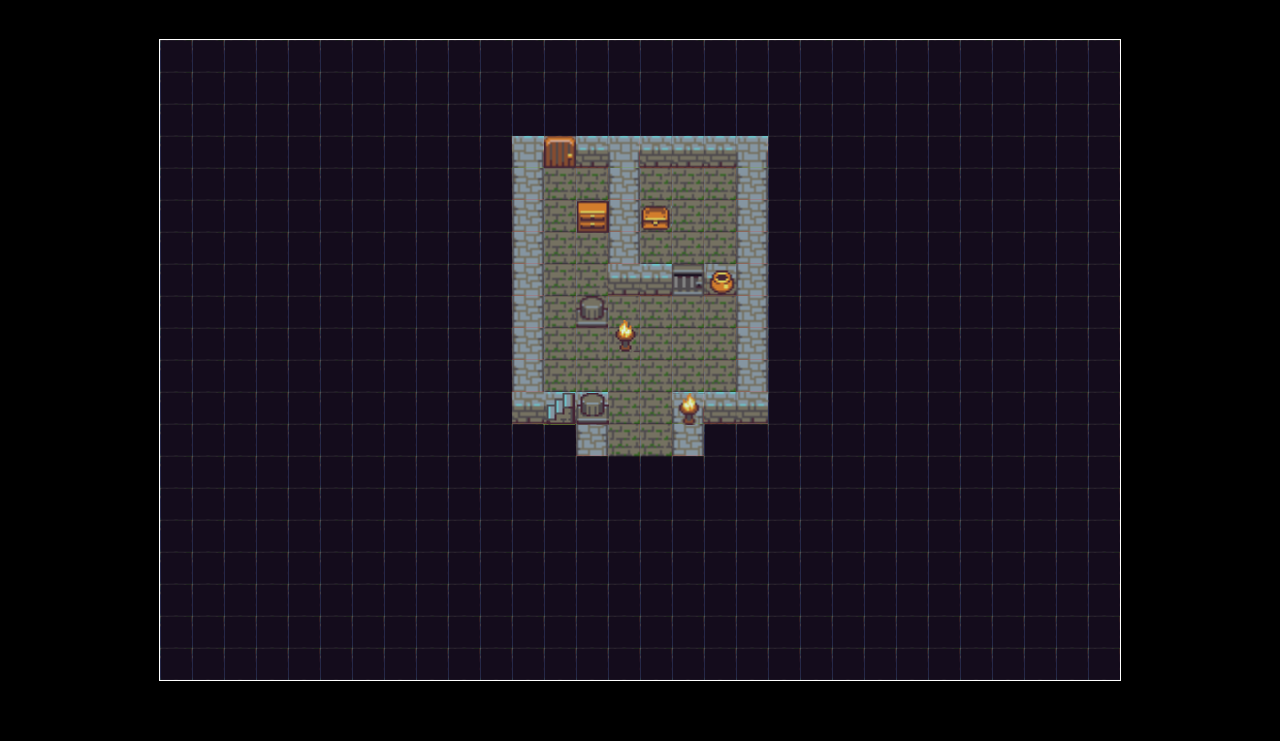
Repository: Arifindepayjr1/RPG_GAMES
Page: / (app in pixel2d_game/)
The author's editor kept a copy of each file at every save. The page is drawn from the files as they stood at one save, then again after the next save.
The browser window is 1280 px wide. The pictures show the whole page.
The project was rebuilt for these pictures with package versions that can differ from the ones it lists, and the page was loaded fresh each time. Also part of the build but not shown: pixel2d_game/vite.config.js.

Above is the page before, as saved 2025-03-19 00:27:06.

### pixel2d_game/src/App.jsx
import React from 'react';
import Tilemap3 from '../src/component/tilemap3';
import './App.css'; // Optional: for styling

function App() {
  return (
    <div className="App">
      <h1>Tilemap3 Test</h1>
      <Tilemap3 />
    </div>
  );
}

export default App;

### pixel2d_game/src/component/tilemap3.jsx
import React, { useEffect, useRef, useMemo } from 'react';
import tilemapImage from "./asset/assets/tilemap1asset.png"; // Ensure this matches your asset path

const Tilemap3 = () => {
  const canvasRef = useRef(null);
  const TILE_SIZE = 32; // Output size on canvas (scaled up from 16x16 tiles)

  const rawMap = [
    23, 23, 23, 23, 23, 23, 23, 23, 23, 23, 23, 23, 23, 23, 23, 23, 23, 23, 23, 23, 23, 23, 23, 23, 23, 23, 23, 23, 23, 23,
    23, 23, 23, 23, 23, 23, 23, 23, 23, 23, 23, 23, 23, 23, 23, 23, 23, 23, 23, 23, 23, 23, 23, 23, 23, 23, 23, 23, 23, 23,
    23, 23, 23, 23, 23, 23, 23, 23, 23, 23, 23, 23, 23, 23, 23, 23, 23, 23, 23, 23, 23, 23, 23, 23, 23, 23, 23, 23, 23, 23,
    23, 23, 23, 23, 23, 23, 23, 23, 23, 23, 23, 4, 49, 1, 4, 1, 1, 1, 4, 23, 23, 23, 23, 23, 23, 23, 23, 23, 23, 23,
    23, 23, 23, 23, 23, 23, 23, 23, 23, 23, 23, 2, 15, 15, 2, 15, 15, 15, 2, 23, 23, 23, 23, 23, 23, 23, 23, 23, 23, 23,
    23, 23, 23, 23, 23, 23, 23, 23, 23, 23, 23, 2, 15, 15, 2, 15, 15, 15, 2, 23, 23, 23, 23, 23, 23, 23, 23, 23, 23, 23,
    23, 23, 23, 23, 23, 23, 23, 23, 23, 23, 23, 2, 15, 15, 2, 15, 15, 15, 2, 23, 23, 23, 23, 23, 23, 23, 23, 23, 23, 23,
    23, 23, 23, 23, 23, 23, 23, 23, 23, 23, 23, 2, 15, 15, 3, 1, 50, 3, 2, 23, 23, 23, 23, 23, 23, 23, 23, 23, 23, 23,
    23, 23, 23, 23, 23, 23, 23, 23, 23, 23, 23, 2, 15, 15, 15, 15, 15, 15, 2, 23, 23, 23, 23, 23, 23, 23, 23, 23, 23, 23,
    23, 23, 23, 23, 23, 23, 23, 23, 23, 23, 23, 2, 15, 15, 15, 15, 15, 15, 2, 23, 23, 23, 23, 23, 23, 23, 23, 23, 23, 23,
    23, 23, 23, 23, 23, 23, 23, 23, 23, 23, 23, 2, 15, 15, 15, 15, 15, 15, 2, 23, 23, 23, 23, 23, 23, 23, 23, 23, 23, 23,
    23, 23, 23, 23, 23, 23, 23, 23, 23, 23, 23, 3, 1, 4, 15, 15, 4, 1, 3, 23, 23, 23, 23, 23, 23, 23, 23, 23, 23, 23,
    23, 23, 23, 23, 23, 23, 23, 23, 23, 23, 23, 23, 23, 2, 15, 15, 2, 23, 23, 23, 23, 23, 23, 23, 23, 23, 23, 23, 23, 23,
    23, 23, 23, 23, 23, 23, 23, 23, 23, 23, 23, 23, 23, 23, 23, 23, 23, 23, 23, 23, 23, 23, 23, 23, 23, 23, 23, 23, 23, 23,
    23, 23, 23, 23, 23, 23, 23, 23, 23, 23, 23, 23, 23, 23, 23, 23, 23, 23, 23, 23, 23, 23, 23, 23, 23, 23, 23, 23, 23, 23,
    23, 23, 23, 23, 23, 23, 23, 23, 23, 23, 23, 23, 23, 23, 23, 23, 23, 23, 23, 23, 23, 23, 23, 23, 23, 23, 23, 23, 23, 23,
    23, 23, 23, 23, 23, 23, 23, 23, 23, 23, 23, 23, 23, 23, 23, 23, 23, 23, 23, 23, 23, 23, 23, 23, 23, 23, 23, 23, 23, 23,
    23, 23, 23, 23, 23, 23, 23, 23, 23, 23, 23, 23, 23, 23, 23, 23, 23, 23, 23, 23, 23, 23, 23, 23, 23, 23, 23, 23, 23, 23,
    23, 23, 23, 23, 23, 23, 23, 23, 23, 23, 23, 23, 23, 23, 23, 23, 23, 23, 23, 23, 23, 23, 23, 23, 23, 23, 23, 23, 23, 23,
    23, 23, 23, 23, 23, 23, 23, 23, 23, 23, 23, 23, 23, 23, 23, 23, 23, 23, 23, 23, 23, 23, 23, 23, 23, 23, 23, 23, 23, 23
  ];

  const baseLayer = Array(20).fill().map(() => Array(30));
  for (let row = 0; row < 20; row++) {
    for (let col = 0; col < 30; col++) {
      baseLayer[row][col] = rawMap[row * 30 + col];
    }
  }

  // Memoize objects
  const objects = useMemo(() => [
    {"gid": 37, "height": 16, "id": 2, "name": "", "rotation": 0, "type": "", "visible": true, "width": 16, "x": 239.75, "y": 81},
    {"gid": 57, "height": 16, "id": 3, "name": "", "rotation": 0, "type": "", "visible": true, "width": 16, "x": 208.25, "y": 80.5},
    {"gid": 40, "height": 16, "id": 7, "name": "", "rotation": 0, "type": "", "visible": true, "width": 16, "x": 208, "y": 128},
    {"gid": 61, "height": 16, "id": 8, "name": "", "rotation": 0, "type": "", "visible": true, "width": 16, "x": 224.75, "y": 139.75},
    {"gid": 58, "height": 16, "id": 10, "name": "", "rotation": 0, "type": "", "visible": true, "width": 16, "x": 191.25, "y": 176.25},
    {"gid": 40, "height": 16, "id": 11, "name": "", "rotation": 0, "type": "", "visible": true, "width": 16, "x": 208.25, "y": 176.25},
    {"gid": 62, "height": 16, "id": 12, "name": "", "rotation": 0, "type": "", "visible": true, "width": 16, "x": 256.5, "y": 176.5},
    {"gid": 28, "height": 16, "id": 14, "name": "", "rotation": 0, "type": "", "visible": true, "width": 16, "x": 273, "y": 113.25}
  ], []); // Empty dependency array since it’s static

  useEffect(() => {
    const canvas = canvasRef.current;
    const ctx = canvas.getContext('2d');
    const tileset = new Image();
    tileset.src = tilemapImage;

    const tilePositions = {
      12: { x: 48, y: 16 }, 11: { x: 32, y: 16 }, 18: { x: 16, y: 32 }, 22: { x: 80, y: 32 },
      0: { x: 0, y: 16 }, 5: { x: 64, y: 0 }, 8: { x: 112, y: 0 }, 6: { x: 80, y: 0 },
      1: { x: 0, y: 0 }, 2: { x: 16, y: 0 }, 89: { x: 0, y: 176 }, 13: { x: 64, y: 16 },
      77: { x: 64, y: 144 }, 31: { x: 96, y: 48 }, 59: { x: 32, y: 112 }, 60: { x: 48, y: 112 },
      21: { x: 64, y: 32 }, 28: { x: 48, y: 48 }, 57: { x: 112, y: 96 }, 56: { x: 96, y: 96 },
      45: { x: 80, y: 80 }, 54: { x: 80, y: 96 }, 48: { x: 112, y: 80 }, 38: { x: 80, y: 64 },
      36: { x: 64, y: 64 }, 16: { x: 112, y: 16 }, 51: { x: 32, y: 96 }, 19: { x: 32, y: 32 },
      49: { x: 0, y: 96 }, 41: { x: 0, y: 80 }, 42: { x: 16, y: 80 }, 43: { x: 32, y: 80 },
      33: { x: 0, y: 64 }, 25: { x: 0, y: 48 }, 26: { x: 16, y: 48 }, 27: { x: 32, y: 48 },
      35: { x: 32, y: 64 }, 15: { x: 96, y: 16 }, 23: { x: 96, y: 32 }, 24: { x: 64, y: 32 },
      3: { x: 32, y: 0 }, 4: { x: 48, y: 0 }, 50: { x: 16, y: 96 }, 37: { x: 64, y: 64 },
      40: { x: 112, y: 64 }, 58: { x: 0, y: 112 }, 61: { x: 64, y: 112 }, 62: { x: 80, y: 112 }
    };

    const drawMap = () => {
      if (!tileset.complete || tileset.naturalWidth === 0) {
        console.log('Tileset not loaded yet, retrying...');
        setTimeout(drawMap, 100);
        return;
      }

      // Step 1: Draw the base layer
      for (let row = 0; row < 20; row++) {
        for (let col = 0; col < 30; col++) {
          const tileId = baseLayer[row][col];
          const tilePos = tilePositions[tileId] || tilePositions[15]; // Default to grass
          ctx.drawImage(
            tileset,
            tilePos.x, tilePos.y, // Source x, y (16x16 tiles)
            16, 16,               // Source width, height
            col * TILE_SIZE, row * TILE_SIZE, // Destination x, y
            TILE_SIZE, TILE_SIZE  // Destination width, height (scaled to 32x32)
          );
        }
      }

      // Step 2: Draw the object layer
      objects.forEach(obj => {
        if (obj.visible) {
          const tilePos = tilePositions[obj.gid];
          if (tilePos) {
            // Scale object coordinates from 16x16 grid to 32x32 grid
            const x = (obj.x / 16) * TILE_SIZE; // Convert pixel coords to scaled coords
            const y = (obj.y / 16) * TILE_SIZE;
            ctx.drawImage(
              tileset,
              tilePos.x, tilePos.y, // Source x, y
              16, 16,               // Source width, height
              x, y,                 // Destination x, y (scaled)
              TILE_SIZE, TILE_SIZE  // Destination width, height (scaled to 32x32)
            );
          }
        }
      });
    };

    tileset.onload = drawMap;
    tileset.onerror = () => console.error('Failed to load tileset image');

    return () => {};
  }, [baseLayer, objects]);

  return (
    <div>
      <canvas
        ref={canvasRef}
        width={960}  // 30 tiles * 32px
        height={640} // 20 tiles * 32px
        style={{
          position: "absolute",
          top: "50%",
          left: "50%",
          transform: "translate(-50%, -50%)",
          border: "1px solid white",
          background: "gray", // Fallback background
        }}
      />
    </div>
  );
};

export default Tilemap3;

### pixel2d_game/src/App.css
body {
  margin: 0;
  padding: 0;
  background: black;
  height: 100vh;
  overflow: hidden;
}

Loaded but not shown: pixel2d_game/index.html (common file); pixel2d_game/src/main.jsx (common file); pixel2d_game/src/index.css (no stored copy; drawn as an empty file)

After the next save:
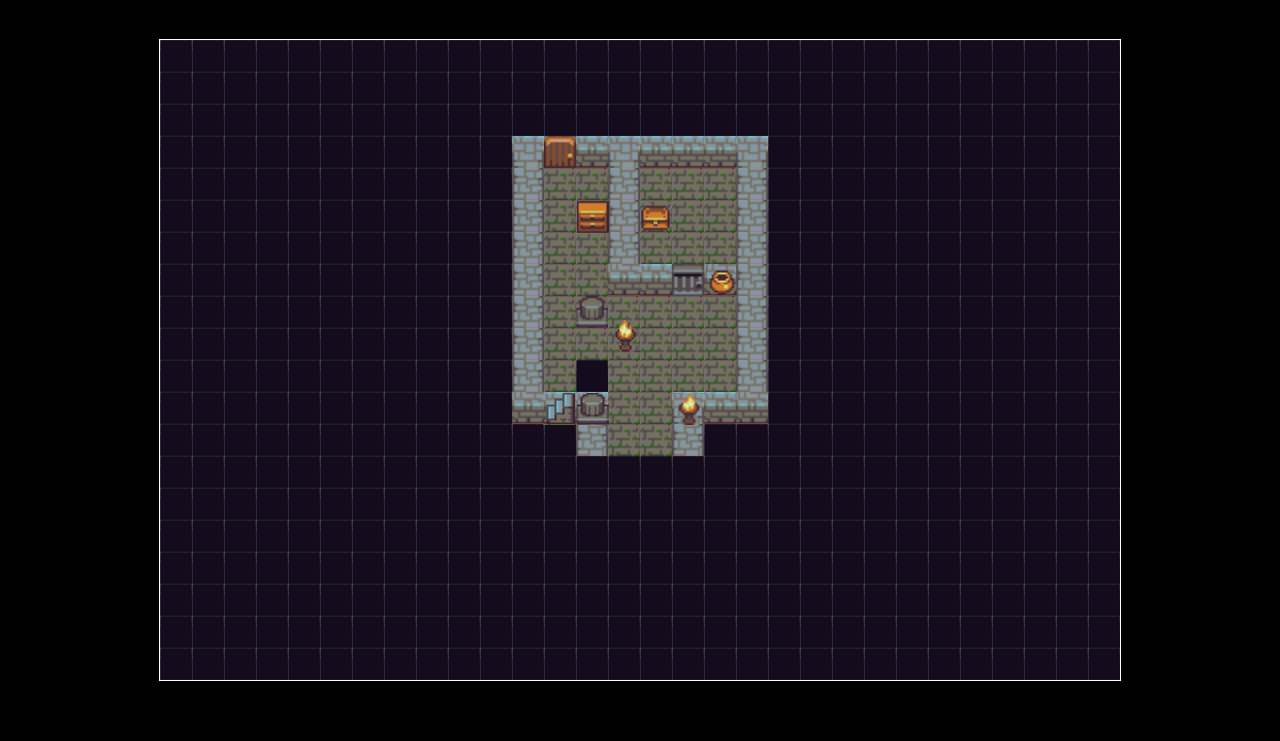
Saved 85 s later.
--- a/pixel2d_game/src/component/tilemap3.jsx
+++ b/pixel2d_game/src/component/tilemap3.jsx
@@ -16,7 +16,7 @@
     23, 23, 23, 23, 23, 23, 23, 23, 23, 23, 23, 2, 15, 15, 3, 1, 50, 3, 2, 23, 23, 23, 23, 23, 23, 23, 23, 23, 23, 23,
     23, 23, 23, 23, 23, 23, 23, 23, 23, 23, 23, 2, 15, 15, 15, 15, 15, 15, 2, 23, 23, 23, 23, 23, 23, 23, 23, 23, 23, 23,
     23, 23, 23, 23, 23, 23, 23, 23, 23, 23, 23, 2, 15, 15, 15, 15, 15, 15, 2, 23, 23, 23, 23, 23, 23, 23, 23, 23, 23, 23,
-    23, 23, 23, 23, 23, 23, 23, 23, 23, 23, 23, 2, 15, 15, 15, 15, 15, 15, 2, 23, 23, 23, 23, 23, 23, 23, 23, 23, 23, 23,
+    23, 23, 23, 23, 23, 23, 23, 23, 23, 23, 23, 2, 15, 23, 15, 15, 15, 15, 2, 23, 23, 23, 23, 23, 23, 23, 23, 23, 23, 23,
     23, 23, 23, 23, 23, 23, 23, 23, 23, 23, 23, 3, 1, 4, 15, 15, 4, 1, 3, 23, 23, 23, 23, 23, 23, 23, 23, 23, 23, 23,
     23, 23, 23, 23, 23, 23, 23, 23, 23, 23, 23, 23, 23, 2, 15, 15, 2, 23, 23, 23, 23, 23, 23, 23, 23, 23, 23, 23, 23, 23,
     23, 23, 23, 23, 23, 23, 23, 23, 23, 23, 23, 23, 23, 23, 23, 23, 23, 23, 23, 23, 23, 23, 23, 23, 23, 23, 23, 23, 23, 23,

After the 2 saves that followed:
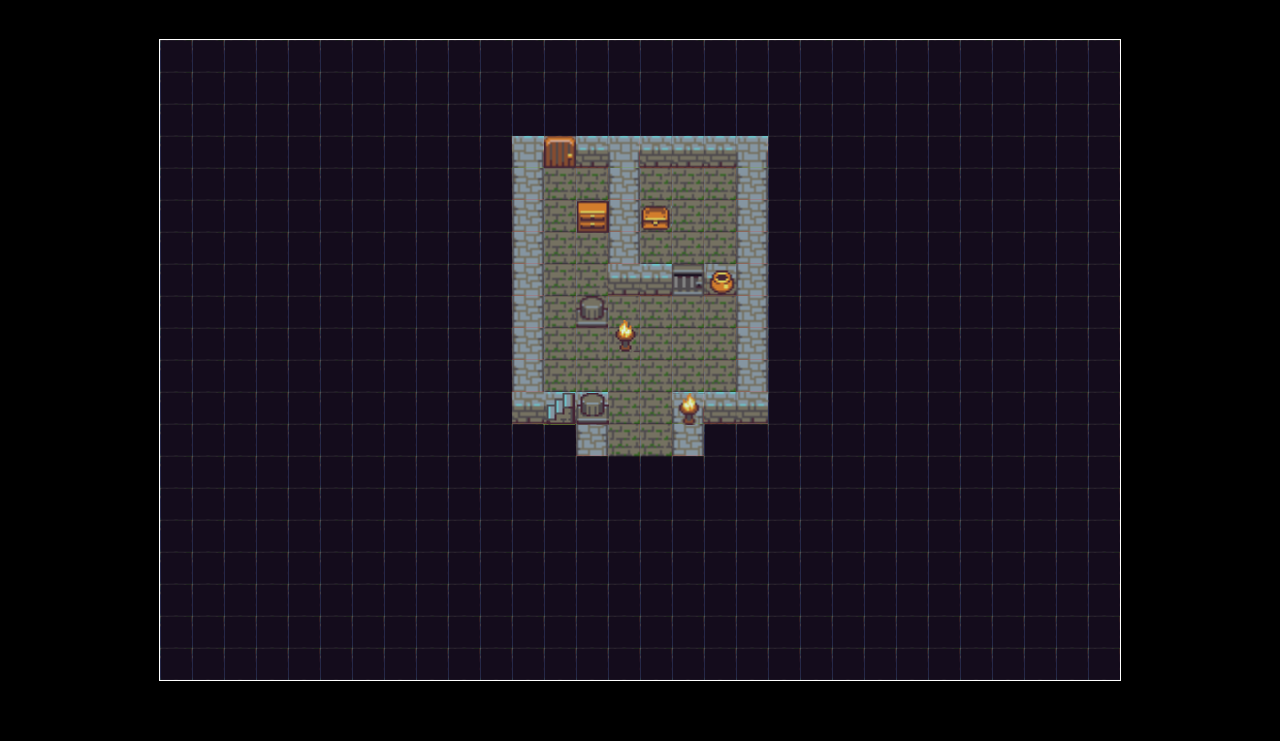
The 2 saves are shown as one change because they came seconds apart.
The last was saved 9 s later.
--- a/pixel2d_game/src/component/tilemap3.jsx
+++ b/pixel2d_game/src/component/tilemap3.jsx
@@ -16,8 +16,8 @@
     23, 23, 23, 23, 23, 23, 23, 23, 23, 23, 23, 2, 15, 15, 3, 1, 50, 3, 2, 23, 23, 23, 23, 23, 23, 23, 23, 23, 23, 23,
     23, 23, 23, 23, 23, 23, 23, 23, 23, 23, 23, 2, 15, 15, 15, 15, 15, 15, 2, 23, 23, 23, 23, 23, 23, 23, 23, 23, 23, 23,
     23, 23, 23, 23, 23, 23, 23, 23, 23, 23, 23, 2, 15, 15, 15, 15, 15, 15, 2, 23, 23, 23, 23, 23, 23, 23, 23, 23, 23, 23,
-    23, 23, 23, 23, 23, 23, 23, 23, 23, 23, 23, 2, 15, 23, 15, 15, 15, 15, 2, 23, 23, 23, 23, 23, 23, 23, 23, 23, 23, 23,
-    23, 23, 23, 23, 23, 23, 23, 23, 23, 23, 23, 3, 1, 4, 15, 15, 4, 1, 3, 23, 23, 23, 23, 23, 23, 23, 23, 23, 23, 23,
+    23, 23, 23, 23, 23, 23, 23, 23, 23, 23, 23, 2, 15, 15, 15, 15, 15, 15, 2, 23, 23, 23, 23, 23, 23, 23, 23, 23, 23, 23,
+    23, 23, 23, 23, 23, 23, 23, 23, 23, 23, 23, 3, 1, 4, , 15, 4, 1, 3, 23, 23, 23, 23, 23, 23, 23, 23, 23, 23, 23,
     23, 23, 23, 23, 23, 23, 23, 23, 23, 23, 23, 23, 23, 2, 15, 15, 2, 23, 23, 23, 23, 23, 23, 23, 23, 23, 23, 23, 23, 23,
     23, 23, 23, 23, 23, 23, 23, 23, 23, 23, 23, 23, 23, 23, 23, 23, 23, 23, 23, 23, 23, 23, 23, 23, 23, 23, 23, 23, 23, 23,
     23, 23, 23, 23, 23, 23, 23, 23, 23, 23, 23, 23, 23, 23, 23, 23, 23, 23, 23, 23, 23, 23, 23, 23, 23, 23, 23, 23, 23, 23,
